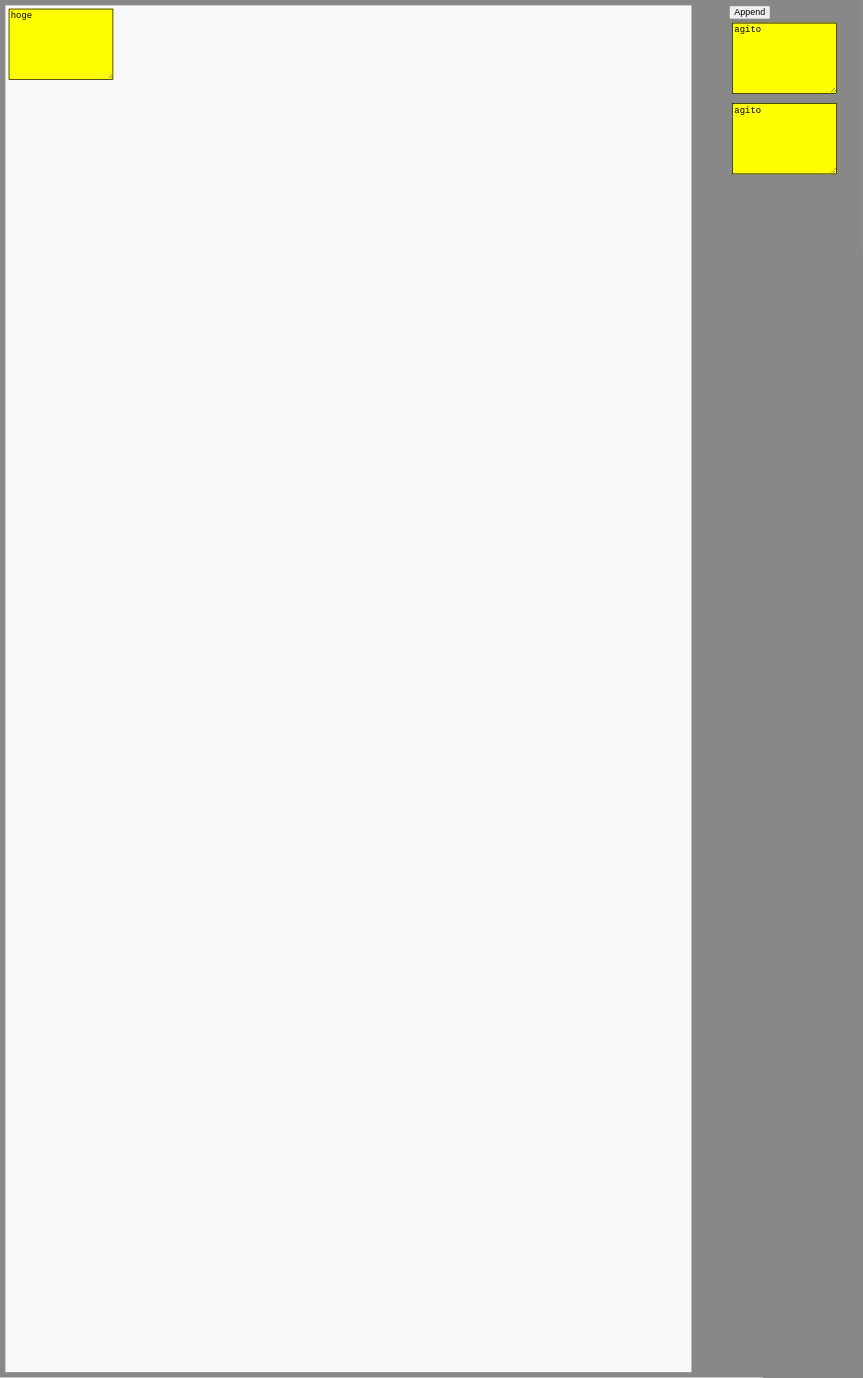
Repository: EndoHizumi/Memocca-Client
Page: board.html
These files come from the project's save history. The page is drawn as it stood at one moment and after a run of saves; the edit follows.
The browser window is 1280 px wide. The page is 1288 px wide, so the pictures cover 1288 px, including what lies to the right of the window. The pictures show the whole page, at 67% of full size.
After loading, the first visible `#Append` was clicked once.

Above is the page before, as saved 2020-03-26 08:30:11.

### board.html
<!DOCTYPE html>
<html>

<head>
  <title>canvas tutorial</title>
  <script src="board.js"></script>
  <style>
    body {
      background: #888888;
      width: 100%;
      height: 2040px;
    }

    #canvas {
      background: #f8f8f8;
      width: 80%;
      height: 100%;
    }

    #stock {
      position: absolute;
      right: 0;
      width: 15%;
    }

    .append {
      display: block;
      right: 50%;
      left: 50%;
      position: relative;
    }

    .sticky {
      border: solid 1px black;
      width: 150px;
      height: 100px;
      margin: 5px;
      margin-top: 5px;
      background: yellow;
    }

    .in_stock {}

    .in_canvas {
      position: absolute;
    }
  </style>
</head>

<body>
  <div id="stock">
    <button id=Append>Append</button>
    <textarea class="sticky in_stock">agito</textarea>
    <textarea class="sticky in_stock">agito</textarea>
  </div>
  <div id="canvas">
    <textarea class="sticky in_canvas">hoge</textarea>
  </div>
</body>
<!--
  boards:
    GET:
        boards:一覧表示
        boards/{id}:詳細表示
    POST:
        boards:作成
    PUT:
        boards/{id}:更新（メンバーの追加・退出）
    DELETE:
        boards/{id}:削除
  stickeys:
    GET:
        stickeys/{boardid}:付箋全部取得
    POST:
        stickeys/{boardid}:付箋追加
    PUT:
        stickeys/{boardid}:付箋内容変更
    DELETE:
        stickeys/{boardid}:付箋削除
  users:
    GET:
        users/:ユーザー一覧
        users/{userid}:ユーザー詳細情報
    POST:
        users/{board}:ユーザー追加
    PUT:
        users/{userid}:ユーザー情報変更
    DELETE:
        users/{userid}:ユーザー削除
-->

</html>

### board.js
window.onload = function () {
  function onClick(e) {
    var div = document.createElement('div');
    div.className = 'stickey instock';
    document.getElementById('stock').appendChild(div);
  }

  append = document.getElementById('Append')
  append.addEventListener('click', onClick, false);
}

After the next 2 saves:
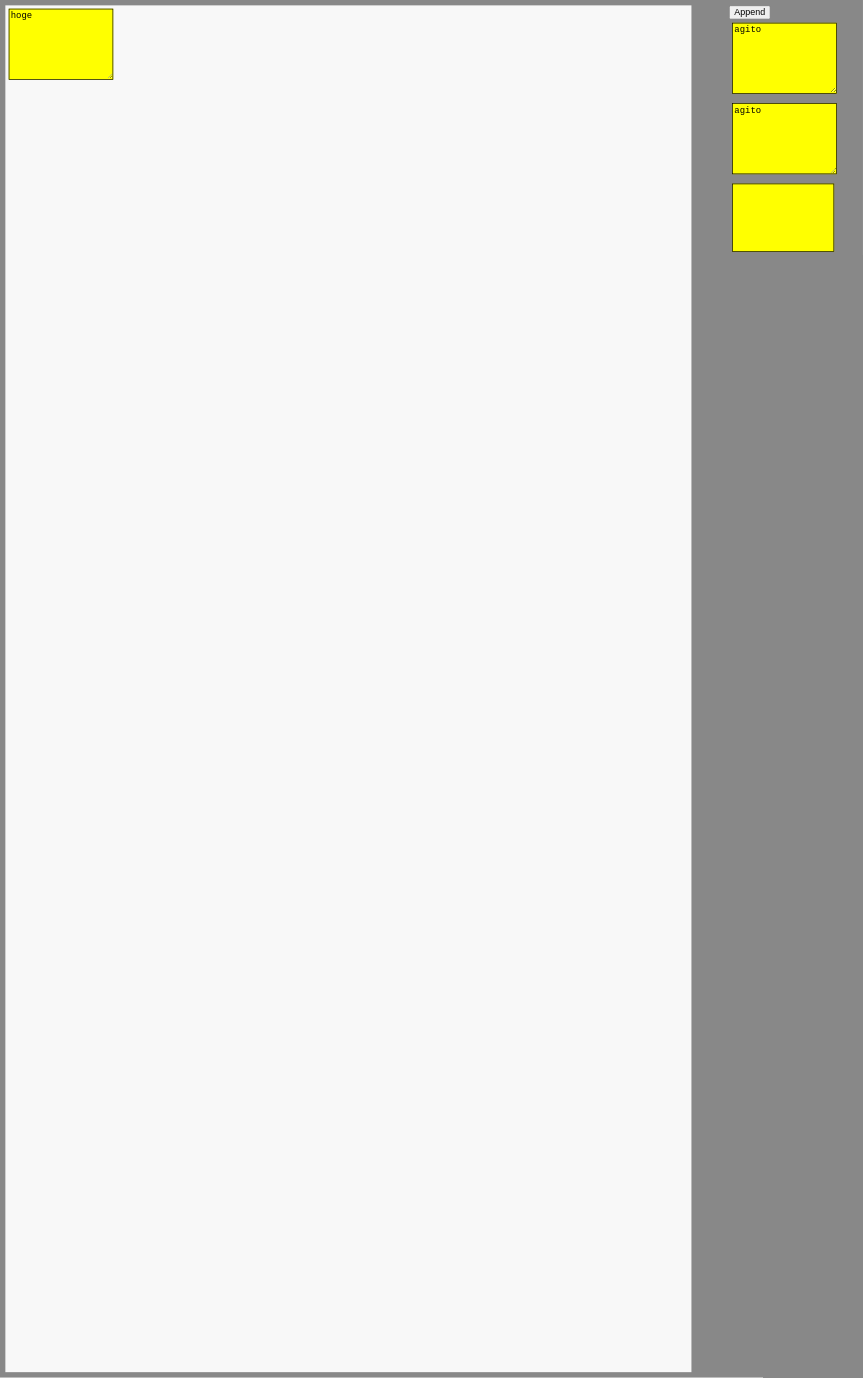
The 2 saves are shown as one change because they came seconds apart.
The last was saved 55 s later.
--- a/board.js
+++ b/board.js
@@ -1,7 +1,7 @@
 window.onload = function () {
   function onClick(e) {
     var div = document.createElement('div');
-    div.className = 'stickey instock';
+    div.className = 'sticky in_stock';
     document.getElementById('stock').appendChild(div);
   }
 
